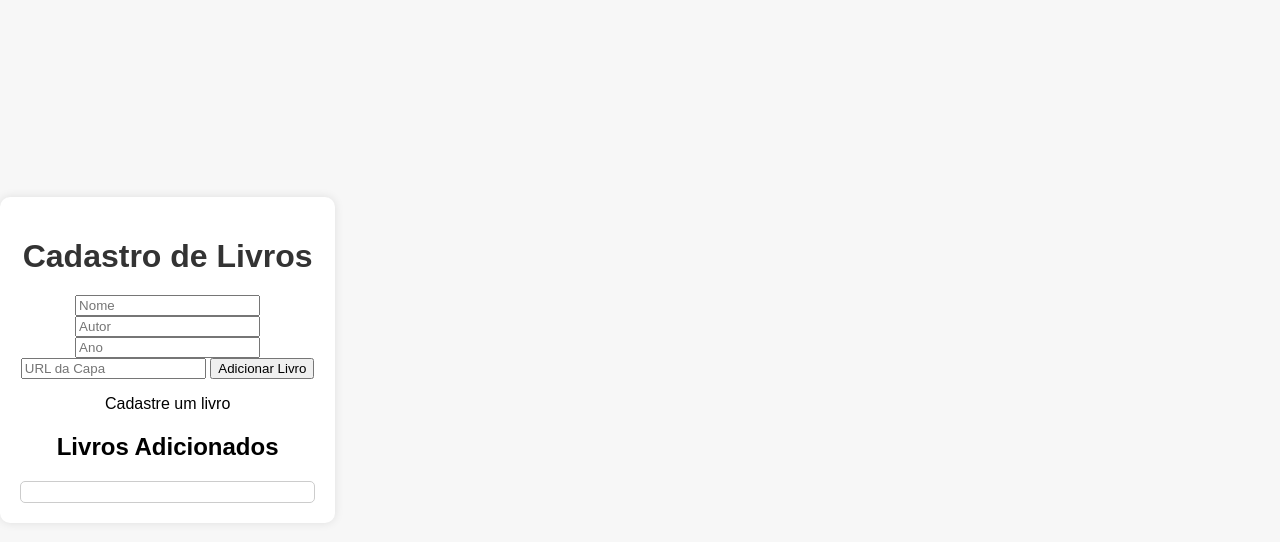
Repository: Matheus904-12/JS-BIN
Page: index.html
The author's editor kept a copy of each file at every save. The page is drawn from the files as they stood at one save, then again after the next save.
The browser window is 1280 px wide. The pictures show the whole page.

Above is the page before, as saved 2023-09-10 20:16:41.

### index.html
<!DOCTYPE html>
<html lang="pt-br">
<head>
    <meta charset="UTF-8">
    <meta name="viewport" content="width=device-width, initial-scale=1.0">
    <title>Cadastro de Livros</title>
    <link rel="stylesheet" href="style.css">
</head>
<body>
    <div class="container">
        <div class="cadastro-box">
            <h1>Cadastro de Livros</h1>
            <input id="nomeLivro" placeholder="Nome" type="text">
            <input id="autorLivro" placeholder="Autor" type="text">
            <input id="anoLivro" placeholder="Ano" type="number">
            <input id="capaLivro" placeholder="URL da Capa" type="text">
            <button onclick="adicionar();">Adicionar Livro</button>
            <p id="contadorLivros">Cadastre um livro</p>
        </div>
        <div class="registros-box">
            <h2>Livros Adicionados</h2>
            <section id="livros" class="livros-box"></section>
        </div>
    </div>
    <div class="notification-carousel" id="notification-carousel"></div>
    <div class="carrossel-box">
        <div class="carrossel" id="carrossel"></div>
    </div>
    <script src="script.js"></script>
</body>
</html>

### style.css
body {
    font-family: Arial, sans-serif;
    background-color: #f7f7f7;
    display: flex;
    justify-content: center;
    align-items: center;
    height: 100vh;
    margin: 0;
}

.container {
    background-color: #fff;
    border-radius: 10px;
    box-shadow: 0px 0px 10px rgba(0, 0, 0, 0.1);
    padding: 20px;
    width: 400px;
    text-align: center;
}

.container h1 {
    color: #333;
    margin-bottom: 20px;
}

.input-group {
    margin-bottom: 15px;
}

.input-group label {
    display: block;
    font-weight: bold;
    margin-bottom: 5px;
    text-align: left;
}

.input-group input {
    width: calc(100% - 12px);
    padding: 8px;
    border: 1px solid #ccc;
    border-radius: 5px;
    font-size: 16px;
}

.btn-group {
    display: flex;
    justify-content: space-between;
    align-items: center;
}

.btn-group button {
    flex: 1;
    padding: 10px;
    margin: 0 5px;
    border: none;
    border-radius: 5px;
    font-size: 16px;
    cursor: pointer;
    transition: background-color 0.3s;
}

.btn-group button:hover {
    background-color: #007bff;
    color: #fff;
}

.livros-box {
    border: 1px solid #ccc;
    padding: 10px;
    margin-top: 10px;
    border-radius: 5px;
    overflow-y: auto;
    max-height: 150px;
}

.livro {
    display: flex;
    justify-content: space-between;
    align-items: center;
    margin-bottom: 5px;
    padding: 5px;
    border-bottom: 1px solid #ddd;
    font-size: 14px;
}

.livro h3 {
    margin: 0;
}

.livro button {
    background-color: #007bff;
    color: #fff;
    border: none;
    border-radius: 3px;
    padding: 3px 8px;
    cursor: pointer;
    transition: background-color 0.3s;
}

.livro button:hover {
    background-color: #0056b3;
}

.notification-carousel {
    position: absolute;
    top: 20px;
    right: 20px;
    width: 300px;
    text-align: center;
    z-index: 1;
    pointer-events: none;
}

.notification {
    position: relative;
    margin-bottom: 5px;
    padding: 5px;
    color: #fff;
    border-radius: 5px;
    z-index: 2;
}

.carrossel-box {
    position: relative;
    overflow: hidden;
    width: 100%;
    margin-top: 20px;
}

.carrossel {
    display: flex;
    transition: transform 0.5s;
    overflow: hidden;
}

.capa {
    flex: 0 0 100%;
    height: 150px;
    background-size: cover;
    background-position: center;
    opacity: 0;
    transition: opacity 0.5s;
}

/* Estilos específicos para a seção de livros registrados (estante) */
#livros {
    display: flex;
    flex-wrap: wrap;
    justify-content: space-around;
    align-items: flex-start;
}

.livro {
    background-color: #fff;
    border: 1px solid #ccc;
    border-radius: 5px;
    padding: 10px;
    margin: 10px;
    width: 200px;
}

.livro img {
    max-width: 100%;
    height: auto;
    margin-bottom: 10px;
}

### script.js
let biblioteca = [];
let carrosselIndex = 0;
let notifications = [];

function cadastro(nome, autor, ano, capa) {
    var livro = {
        nome: nome,
        autor: autor,
        ano: ano,
        capa: capa
    };
    biblioteca.push(livro);
    atualizarContador();
    mostrarLivros();
    startCarousel();
}

function adicionar() {
    let nome = document.getElementById('nomeLivro').value;
    let autor = document.getElementById('autorLivro').value;
    let ano = document.getElementById('anoLivro').value;
    let capa = document.getElementById('capaLivro').value;
    cadastro(nome, autor, ano, capa);
    showNotification('Livro adicionado com sucesso!', true);
}

function mostrarLivros() {
    const livrosDiv = document.getElementById('livros');
    livrosDiv.innerHTML = '';

    for (let i = 0; i < biblioteca.length; i++) {
        const livro = biblioteca[i];
        const livroDiv = document.createElement('div');
        livroDiv.classList.add('livro');

        const capaImg = document.createElement('img');
        capaImg.src = livro.capa;
        livroDiv.appendChild(capaImg);

        const nomeAutor = document.createElement('h3');
        nomeAutor.textContent = `Nome: ${livro.nome}, Autor: ${livro.autor}`;
        livroDiv.appendChild(nomeAutor);

        const ano = document.createElement('p');
        ano.textContent = `Ano: ${livro.ano}`;
        livroDiv.appendChild(ano);

        const btnDiv = document.createElement('div');
        const mostrarBtn = document.createElement('button');
        mostrarBtn.textContent = 'Mostrar';
        mostrarBtn.onclick = function () {
            console.log(`Nome: ${livro.nome}, Autor: ${livro.autor}, Ano: ${livro.ano}`);
        };
        btnDiv.appendChild(mostrarBtn);

        const apagarBtn = document.createElement('button');
        apagarBtn.textContent = 'Apagar';
        apagarBtn.onclick = function () {
            biblioteca.splice(i, 1);
            mostrarLivros();
            atualizarContador();
        };
        btnDiv.appendChild(apagarBtn);

        livroDiv.appendChild(btnDiv);

        livrosDiv.appendChild(livroDiv);
    }

    startCarousel(); // Iniciar o carrossel após atualizar os livros
}


function apagarLivros() {
    biblioteca = [];
    atualizarContador();
    mostrarLivros();
    console.log('Biblioteca apagada');
}

function atualizarContador() {
    const contador = document.getElementById('contadorLivros');
    if (biblioteca.length === 0) {
        contador.textContent = 'Cadastre um livro';
    } else {
        contador.textContent = `${biblioteca.length} livro${biblioteca.length === 1 ? '' : 's'} cadastrado${biblioteca.length === 1 ? '' : 's'}`;
    }
}

function showNotification(message, isSuccess) {
    const notificationCarousel = document.getElementById('notification-carousel');
    const newNotification = document.createElement('div');
    newNotification.textContent = message;
    newNotification.style.backgroundColor = isSuccess ? '#28a745' : '#dc3545';
    newNotification.classList.add('notification');
    notificationCarousel.appendChild(newNotification);

    notifications.push(newNotification);
    startNotificationCarousel();
}

function startNotificationCarousel() {
    let currentIndex = notifications.length - 1;
    notifications[currentIndex].style.transform = 'translateX(0)';

    setTimeout(() => {
        notifications[currentIndex].style.transform = 'translateX(100%)';

        setTimeout(() => {
            notifications[currentIndex].remove();
            notifications.splice(currentIndex, 1);
        }, 500);
    }, 3000);
}

function startCarousel() {
    const carrossel = document.getElementById('carrossel');
    carrossel.innerHTML = '';

    for (let i = 0; i < biblioteca.length; i++) {
        const livro = biblioteca[i];
        const capaDiv = document.createElement('div');
        capaDiv.classList.add('capa');
        capaDiv.style.backgroundImage = `url('${livro.capa}')`;

        carrossel.appendChild(capaDiv);
    }

    carrosselIndex = 0;
    showNextCarrosselItem();
}

function showNextCarrosselItem() {
    const carrossel = document.getElementById('carrossel');
    const capas = carrossel.querySelectorAll('.capa');

    if (capas.length > 0) {
        capas[carrosselIndex].style.opacity = '1';

        setTimeout(() => {
            capas[carrosselIndex].style.opacity = '0';
            carrosselIndex = (carrosselIndex + 1) % capas.length;
            showNextCarrosselItem();
        }, 3000); // Troca a cada 3 segundos (3000 milissegundos)
    }
}

After the next save:
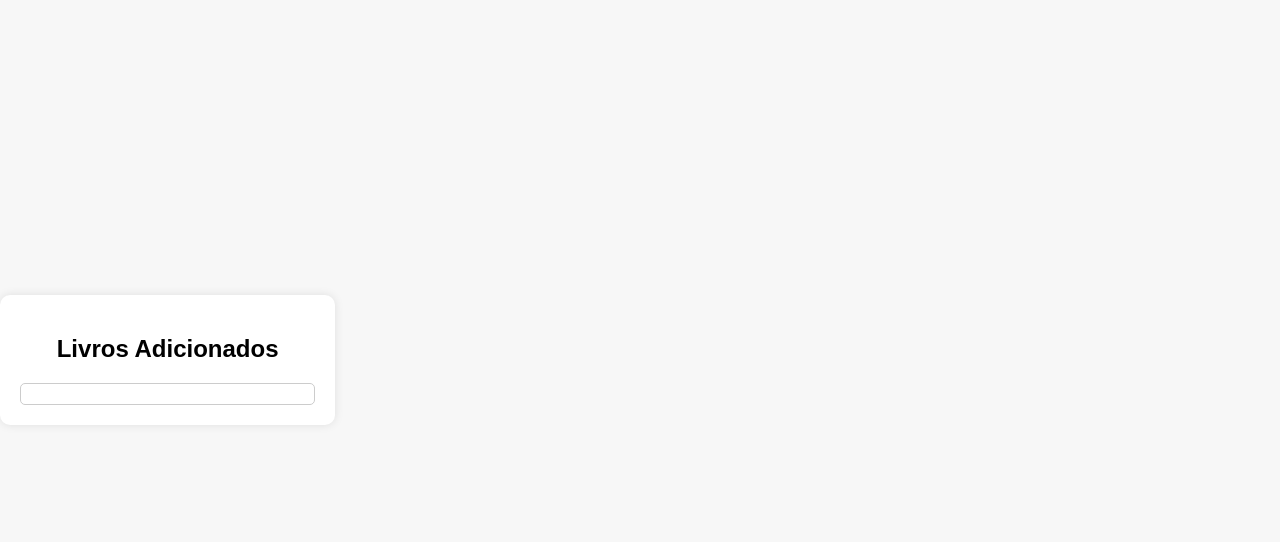
Saved 5 min 29 s later.
--- a/index.html
+++ b/index.html
@@ -1,25 +1,15 @@
 <!DOCTYPE html>
 <html lang="pt-br">
 <head>
-    <meta charset="UTF-8">
-    <meta name="viewport" content="width=device-width, initial-scale=1.0">
-    <title>Cadastro de Livros</title>
+    <!-- Meta tags e título aqui -->
     <link rel="stylesheet" href="style.css">
 </head>
 <body>
     <div class="container">
-        <div class="cadastro-box">
-            <h1>Cadastro de Livros</h1>
-            <input id="nomeLivro" placeholder="Nome" type="text">
-            <input id="autorLivro" placeholder="Autor" type="text">
-            <input id="anoLivro" placeholder="Ano" type="number">
-            <input id="capaLivro" placeholder="URL da Capa" type="text">
-            <button onclick="adicionar();">Adicionar Livro</button>
-            <p id="contadorLivros">Cadastre um livro</p>
-        </div>
+        <!-- ... Seção de cadastro de livros ... -->
         <div class="registros-box">
             <h2>Livros Adicionados</h2>
-            <section id="livros" class="livros-box"></section>
+            <div id="livros" class="livros-box"></div>
         </div>
     </div>
     <div class="notification-carousel" id="notification-carousel"></div>

After the save that followed:
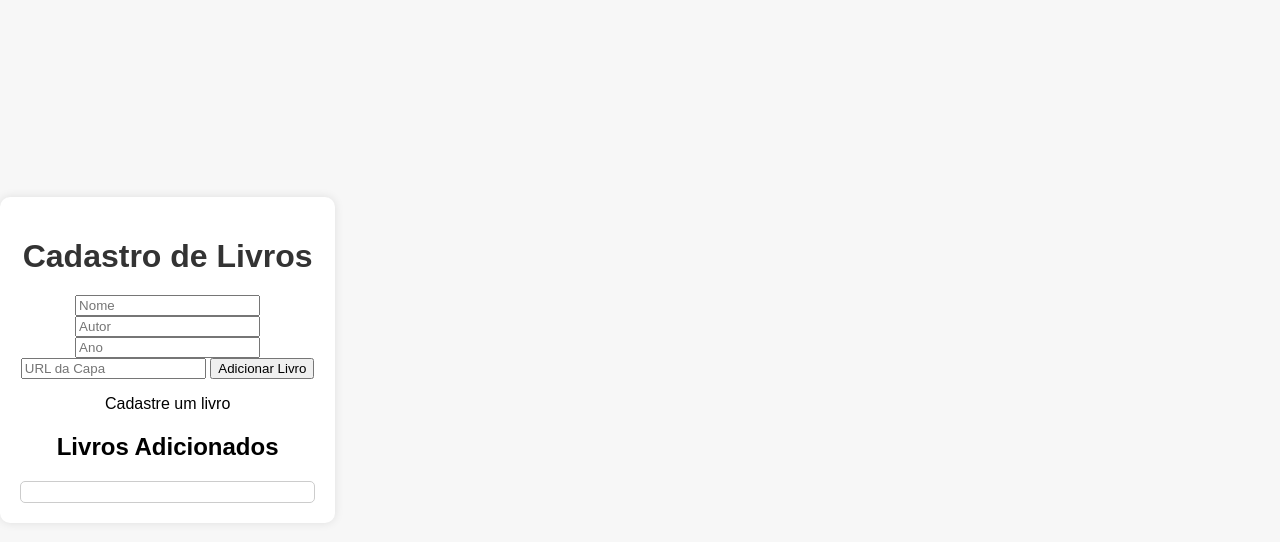
Saved 12 s later.
--- a/index.html
+++ b/index.html
@@ -1,15 +1,25 @@
 <!DOCTYPE html>
 <html lang="pt-br">
 <head>
-    <!-- Meta tags e título aqui -->
+    <meta charset="UTF-8">
+    <meta name="viewport" content="width=device-width, initial-scale=1.0">
+    <title>Cadastro de Livros</title>
     <link rel="stylesheet" href="style.css">
 </head>
 <body>
     <div class="container">
-        <!-- ... Seção de cadastro de livros ... -->
+        <div class="cadastro-box">
+            <h1>Cadastro de Livros</h1>
+            <input id="nomeLivro" placeholder="Nome" type="text">
+            <input id="autorLivro" placeholder="Autor" type="text">
+            <input id="anoLivro" placeholder="Ano" type="number">
+            <input id="capaLivro" placeholder="URL da Capa" type="text">
+            <button onclick="adicionar();">Adicionar Livro</button>
+            <p id="contadorLivros">Cadastre um livro</p>
+        </div>
         <div class="registros-box">
             <h2>Livros Adicionados</h2>
-            <div id="livros" class="livros-box"></div>
+            <section id="livros" class="livros-box"></section>
         </div>
     </div>
     <div class="notification-carousel" id="notification-carousel"></div>
